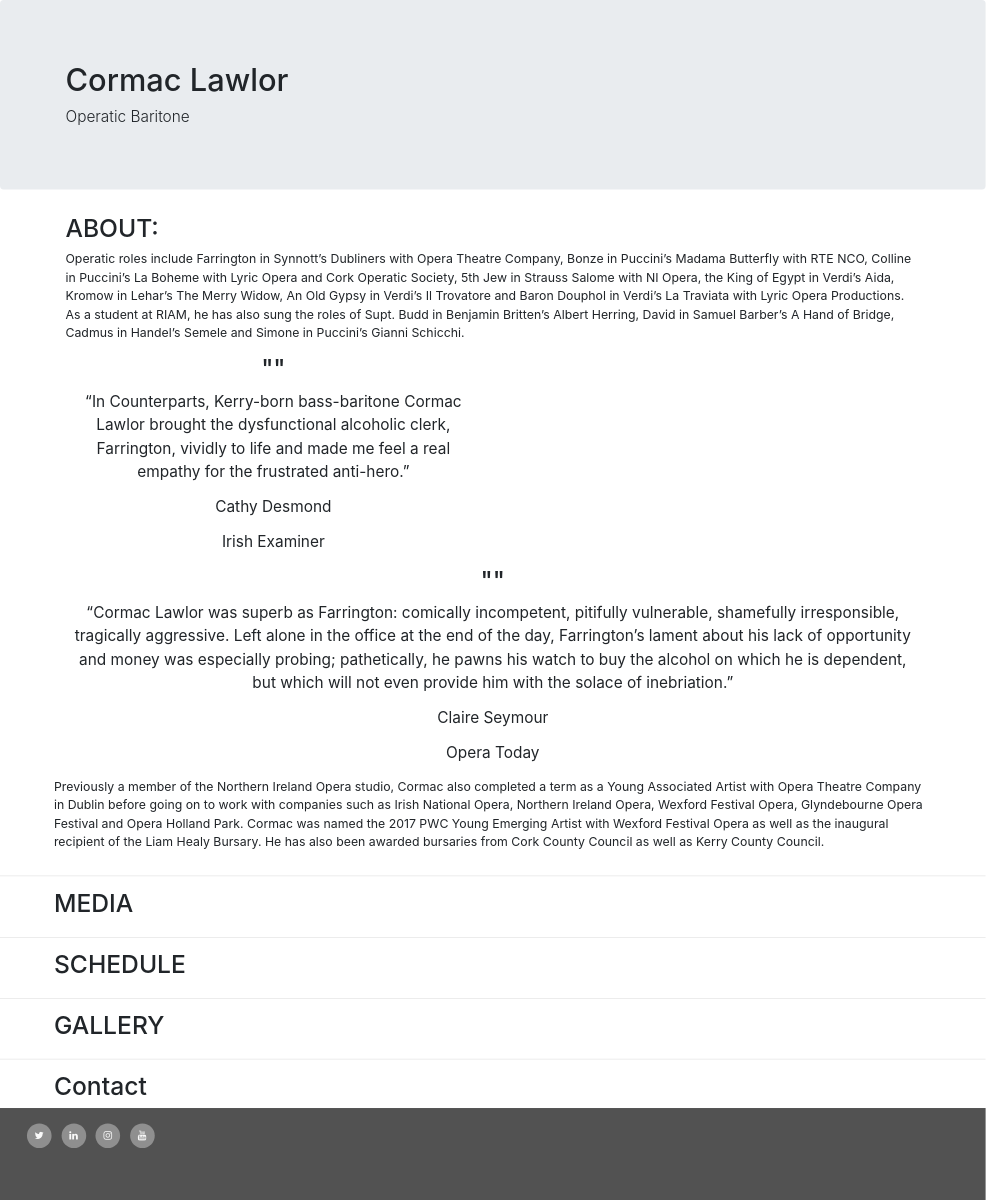
Repository: armedcor/frontend-project
Page: index.html
The author's editor kept a record of every edit. The page is drawn from the files as they stood at one moment, then again after the next edit.
The browser window is 1280 px wide. The page is 1295 px wide, so the pictures cover 1295 px, including what lies to the right of the window. The pictures show the whole page, at 77% of full size.

Above is the page before.

After the next edit:
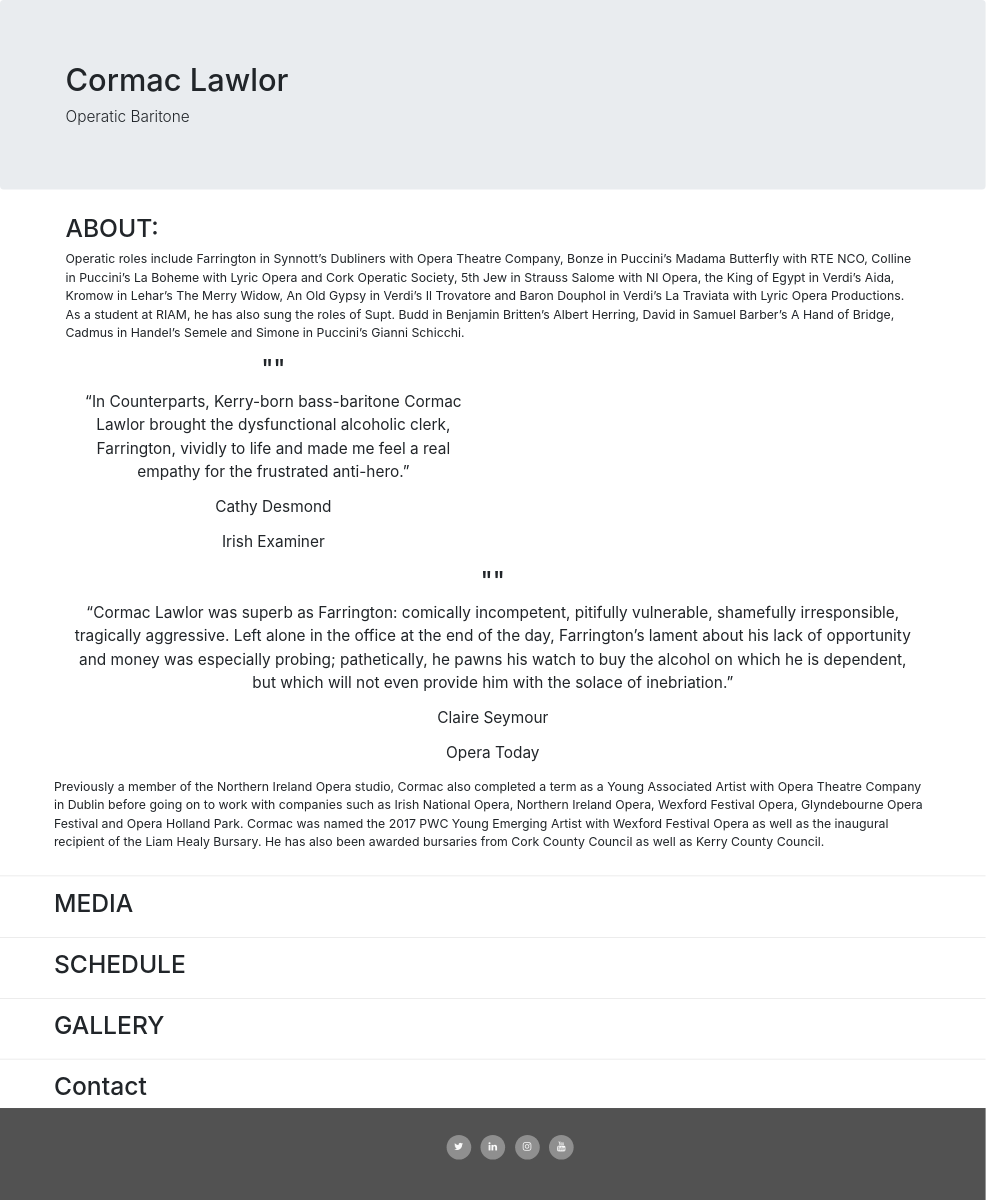
The edit:
--- a/assets/css/style.css
+++ b/assets/css/style.css
@@ -35,6 +35,8 @@
 
 
 .social-links {
+    padding-left: 45%;
+    padding-top: 15px;
     padding-bottom: 15px;
 }
 
